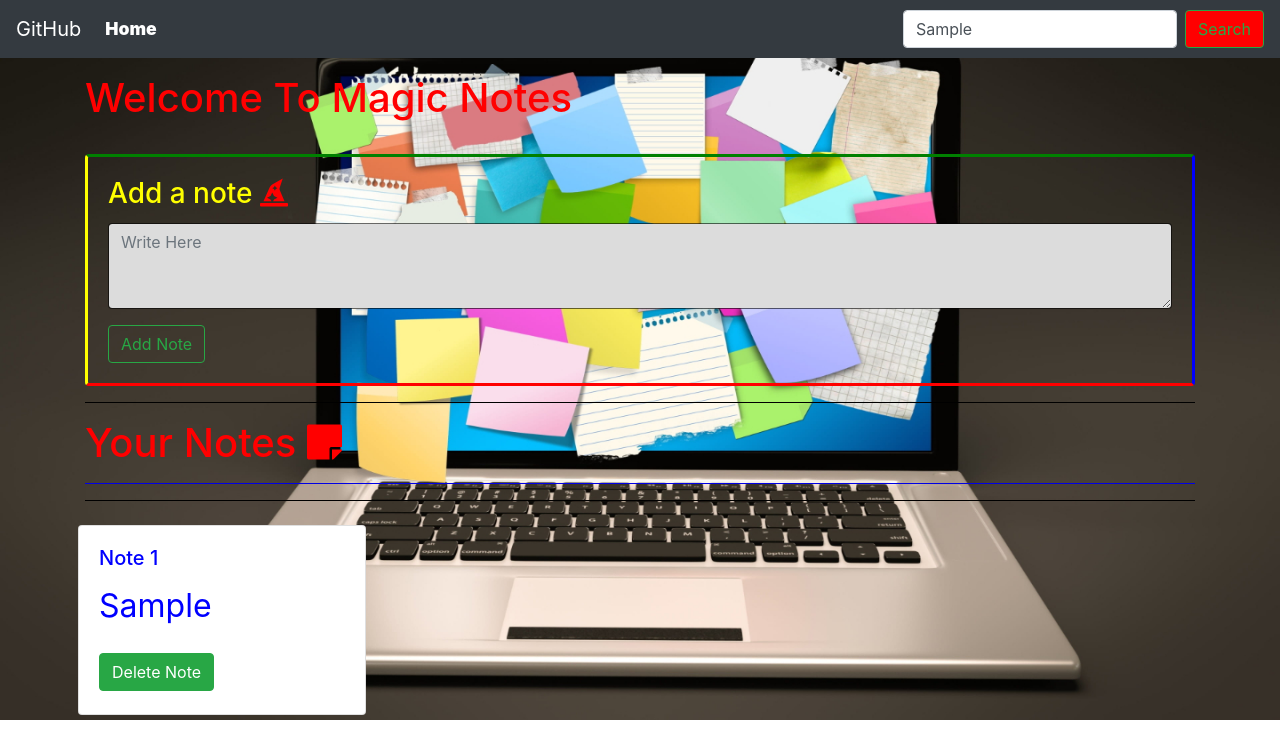
Repository: Prrajainn/Project-MagiCNotes
Page: magicNotes.html
These files come from the project's save history. The page is drawn as it stood at one moment and after the next save; the edit follows.
The browser window is 1280 px wide. The pictures show the whole page.
Empty fields were first filled with sample values (such as "Sample", 5 or name@example.com).
After loading, the first visible `#addBtn` was clicked once.

Above is the page before, as saved 2020-08-11 21:37:53.

### magicNotes.html
<!doctype html>
<html lang="en">

<head>

  <!-- Required meta tags -->
  <meta charset="utf-8">
  <meta name="viewport" content="width=device-width, initial-scale=1, shrink-to-fit=no">

  <!-- Bootstrap CSS -->
  <link rel="stylesheet" href="bootstrap/css/bootstrap.min.css">
  <link rel="stylesheet" href="fontawesome-free-5.13.0-web/css/all.css">
  <link rel="stylesheet" href="CSS/style.css">

  <title> MagiCNotes </title>
  <style>

    body {
      background-image: url("notes2.jpg");

      background-repeat: no-repeat;
      background-size: cover;

      background-attachment: fixed;

    }
  </style>
</head>

<body>

  <nav class="sticky-top navbar navbar-expand-lg navbar-dark bg-dark">
    <a class="navbar-brand" href="https://github.com/Prrajainn">GitHub</a>
    <button class="navbar-toggler" type="button" data-toggle="collapse" data-target="#navbarSupportedContent"
      aria-controls="navbarSupportedContent" aria-expanded="false" aria-label="Toggle navigation">
      <span class="navbar-toggler-icon"></span>
    </button>

    <div class="collapse navbar-collapse" id="navbarSupportedContent">
      <ul class="navbar-nav mr-auto">
        <li class="nav-item active">
          <a class="nav-link" href="magicNotes.html">Home <span class="sr-only">(current)</span></a>
        </li>

      </ul>
      <form class="form-inline my-2 my-lg-0">
        <input class="form-control mr-sm-2" id="searchTxt" type="search" placeholder="Search" aria-label="Search">
        <button style="background-color: red;" class="btn btn-outline-success my-2 my-sm-0"
          type="submit">Search</button>
      </form>
    </div>
  </nav>
  <div class="container my-3">
    <div class="row">
      <div class="col-12">
        <h1 style="color: red">Welcome To Magic Notes</h1>
        <br>
        <div style="border: solid ; background-color: transparent ; border-color:green blue red yellow " class="card">
          <div class="card-body">
            <h3 style="color:yellow;" class="card-title">Add a note <i style="color: red ;"
                class="fas fa-hat-wizard"></i></h3>
            <div class="form-group">

              <textarea placeholder="Write Here"
                style=" border-color: rgba(0, 0, 0, 0.589); background-color: gainsboro; " class="form-control"
                id="addTxt" rows="3"></textarea>
            </div>
            <button class="btn btn-outline-success" id="addBtn">Add Note </button>
          </div>
        </div>
        <hr color="black">
        <h1 style="color: red;">Your Notes <i style="color: red;" class="fas fa-sticky-note"></i></h1>
        <hr color="blue">
        <hr color="black">
        <div id="notes" class="row container-fluid"></div>
      </div>

    </div>
  </div>






    <script src="bootstrap/js/jquery-3.4.1.slim.min.js"></script>
    <script src="bootstrap/js/popper.min.js"></script>
    <script src="bootstrap/js/bootstrap.min.js"></script>
    <script src="app.js"></script>

</body>

</html>

### CSS/style.css
#topheader{
    background-color : blue;
    border-bottom: px solid black;
}
#nocolo{
    color: black;
}
.container-fluid{
    padding-left: 0%;
    padding-right: 0%;
}
nav ul li a{

    font-size: 1.1rem;
    font-weight: 1000 ;
}
/*START OF FOOTER*/
.full-footer{
    background-color:#1e3799;
    width: 100%;
}
.top-footer p{
    color: white;
}
.top-footer a{
 font-weight: 600;
    color: whitesmoke;
}
.top-footer h3{
    color: white;
}
.bottom-footer{
    background-color:teal;
}
.bottom-footer p{
    color: white;
}
/* End of footer*/
.myimage{
    width: 50%;
}
.top-hero{
    background-color: salmon;
}
.sea{
  animation-fill-mode: both;
}

### app.js

console.log("Welcome to notes app. This is app.js");
// Pehle hi show notes islie kiya taaki hamesha pehle dikhaye refresh hone ke baad bhi page
showNotes();

// If user adds a note, add it to the localStorage
let addBtn = document.getElementById("addBtn");
addBtn.addEventListener("click", function(e) {

  let addTxt = document.getElementById("addTxt");
  let notes = localStorage.getItem("notes");
  if (notes == null) {
    notesObj = [];
  } else {
    notesObj = JSON.parse(notes);
  }
  notesObj.push(addTxt.value);
  localStorage.setItem("notes", JSON.stringify(notesObj));
  addTxt.value = "";
//   console.log(notesObj);
  showNotes();
});

// Function to show elements from localStorage
function showNotes() {
  let notes = localStorage.getItem("notes");
  if (notes == null) {
    notesObj = [];
  } else {
    notesObj = JSON.parse(notes);
  }
  let html = "";
  notesObj.forEach(function(element, index) { // element maane andar ka content
    html += `
            <div class="noteCard my-2 mx-2 card " style="width: 18rem;">
                    <div class="card-body">
                        <h5 class="card-title">Note ${index + 1}</h5>
                        <p class="card-text"> ${element}</p>
                        <button id="${index}"onclick="deleteNote(this.id)" class="btn btn-success">Delete Note</button>
                    </div>
                </div>`;
  });
  let notesElm = document.getElementById("notes");
  if (notesObj.length != 0) {
    notesElm.innerHTML = html;
  } else {//notesElm.setAttribute('style','color: blue' );
  notesElm.setAttribute('style','font-size: 200% ; color: blue' );
    notesElm.innerHTML = `  Nothing to show! Use "Add a Note" section above to add notes.`;
  }
}

// Function to delete a note
function deleteNote(index) {
//   console.log("I am deleting", index);

  let notes = localStorage.getItem("notes");
  if (notes == null) {
    notesObj = [];
  } else {
    notesObj = JSON.parse(notes);
  }

  notesObj.splice(index, 1);
  localStorage.setItem("notes", JSON.stringify(notesObj)); // update kar rhe hein
  showNotes();// firse show kar rhe hein
}


let search = document.getElementById('searchTxt');
search.addEventListener("input", function(){

    let inputVal = search.value.toLowerCase();
    // console.log('Input event fired!', inputVal);
    let noteCards = document.getElementsByClassName('noteCard');
    Array.from(noteCards).forEach(function(element){
        let cardTxt = element.getElementsByTagName("p")[0].innerText;
        if(cardTxt.includes(inputVal)){
            element.style.display = "block";
        }
        else{
            element.style.display = "none";
        }
        // console.log(cardTxt);
    })
})

/*
Further Features:
1. Add Title
2. Mark a note as Important
3. Separate notes by user
4. Sync and host to web server
*/

Loaded but not shown: bootstrap/css/bootstrap.min.css (library); fontawesome-free-5.13.0-web/css/all.css (library); bootstrap/js/jquery-3.4.1.slim.min.js (library); bootstrap/js/popper.min.js (library); bootstrap/js/bootstrap.min.js (library)

After the next save:
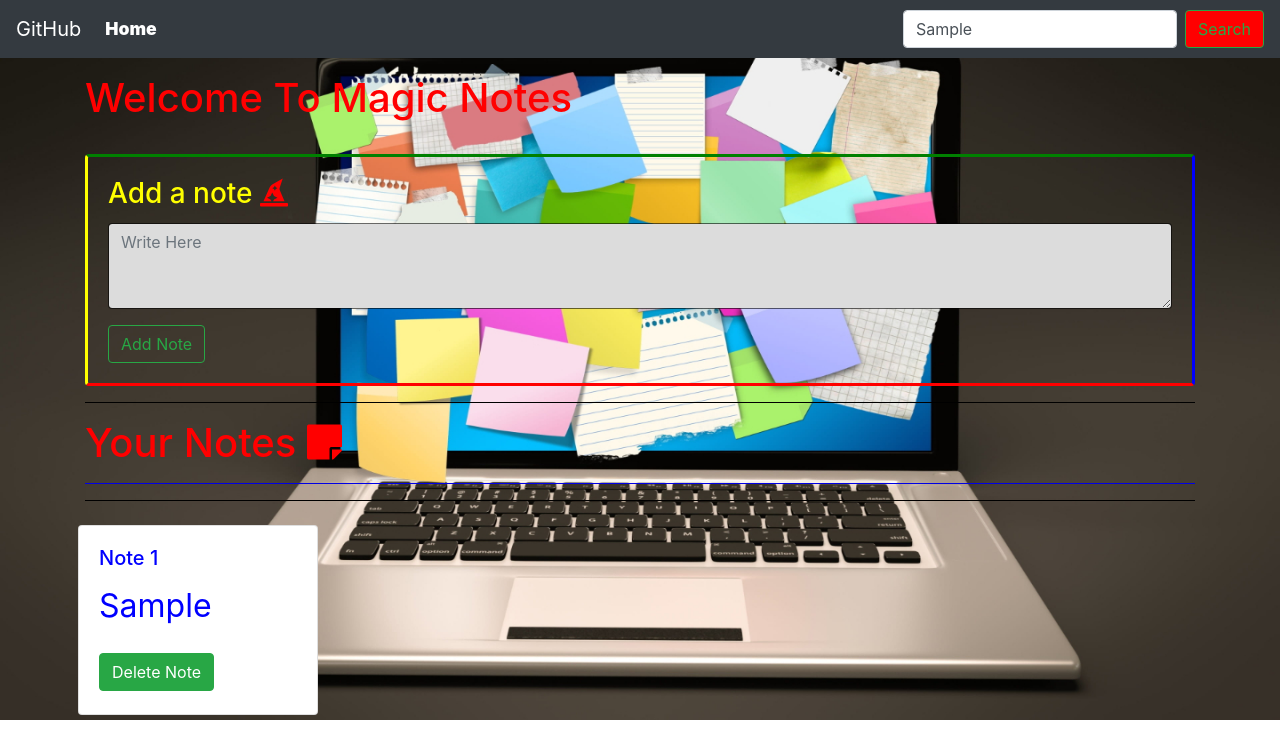
Saved 20 s later.
--- a/app.js
+++ b/app.js
@@ -32,7 +32,7 @@ function showNotes() {
   let html = "";
   notesObj.forEach(function(element, index) { // element maane andar ka content
     html += `
-            <div class="noteCard my-2 mx-2 card " style="width: 18rem;">
+            <div class="noteCard my-2 mx-2 card " style="width: 15rem;">
                     <div class="card-body">
                         <h5 class="card-title">Note ${index + 1}</h5>
                         <p class="card-text"> ${element}</p>
